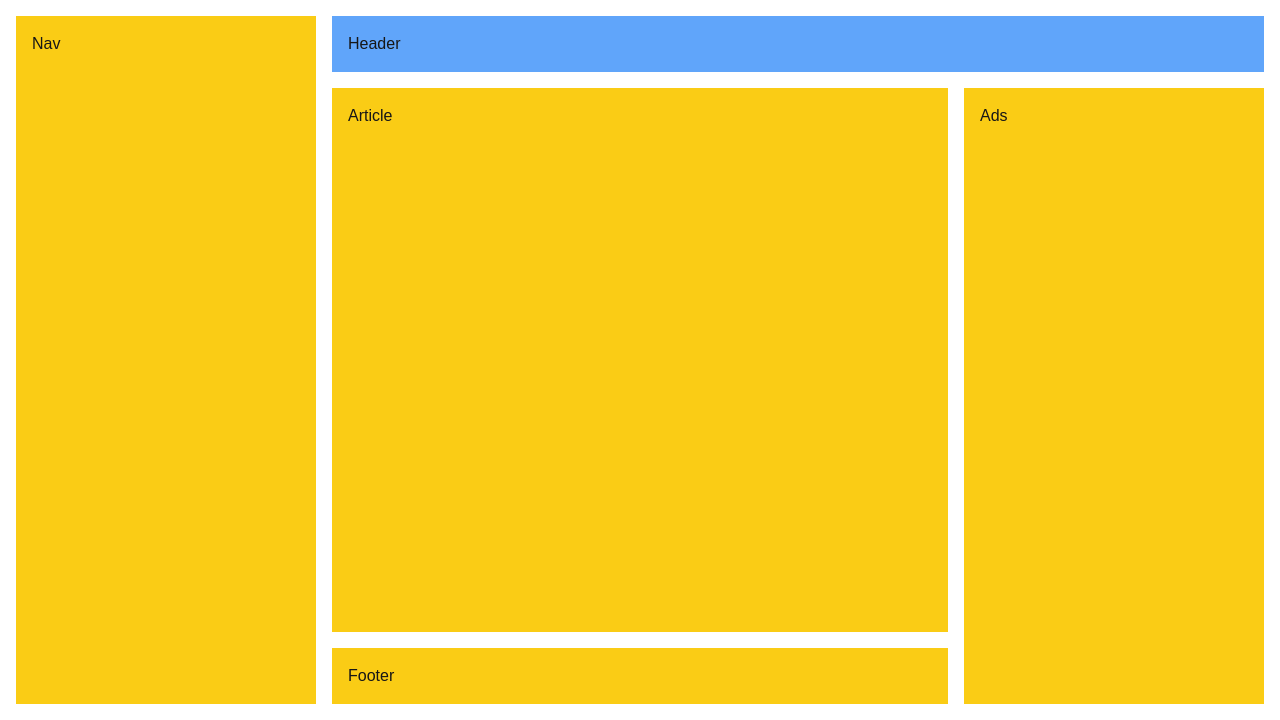
Repository: asadullah48/Understanding-Grid
Page: /
These files come from the project's save history. The page is drawn as it stood at one moment and after a run of saves; the edit follows.
The browser window is 1280 px wide. The pictures show the whole page.
The project was rebuilt for these pictures with package versions that can differ from the ones it lists, and the page was loaded fresh each time. The framework's server and built-in components were replaced by stand-ins that run in the browser. Also part of the build but not shown: next.config.ts.

Above is the page before, as saved 2025-01-22 09:45:01.

### src/app/layout.tsx
import type { Metadata } from "next";
import { Geist, Geist_Mono } from "next/font/google";
import "./globals.css";

const geistSans = Geist({
  variable: "--font-geist-sans",
  subsets: ["latin"],
});

const geistMono = Geist_Mono({
  variable: "--font-geist-mono",
  subsets: ["latin"],
});

export const metadata: Metadata = {
  title: "Understanding Grid",
  description: "Generated by create next app",
};

export default function RootLayout({
  children,
}: Readonly<{
  children: React.ReactNode;
}>) {
  return (
    <html lang="en">
      <body
        className={`${geistSans.variable} ${geistMono.variable} antialiased`}
      >
        {children}
      </body>
    </html>
  );
}

### src/app/page.tsx
export default function Layout() {
  return (
    <div className="grid grid-rows-[auto,1fr,auto] grid-cols-4 gap-4 p-4 min-h-screen">
      {/* Left Nav */}
      <nav className="bg-yellow-400 p-4 row-span-3 col-span-1">Nav</nav>

      {/* Header */}
      <header className="bg-blue-400 p-4 col-span-3">Header</header>

      {/* Main Article */}
      <main className="bg-yellow-400 p-4 col-span-2">Article</main>

      {/* Ads */}
      <aside className="bg-yellow-400 p-4 row-span-2 col-span-1">Ads</aside>

      {/* Footer */}
      <footer className="bg-yellow-400 p-4 col-span-2 col-start-2">Footer</footer>
    </div>
  );
}

Loaded but not shown: src/app/globals.css (common file); tailwind.config.ts (common file)

After the next 3 saves:
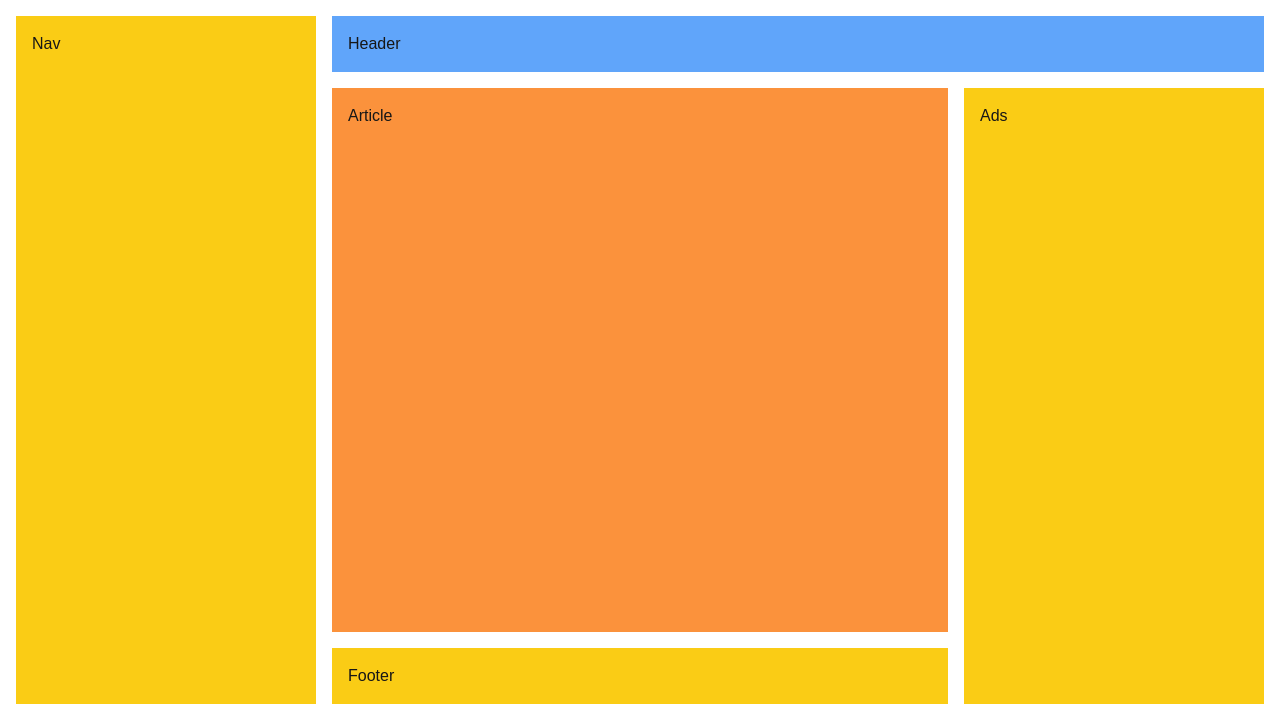
The 3 saves are shown as one change because they came seconds apart.
The last was saved 11 s later.
--- a/src/app/page.tsx
+++ b/src/app/page.tsx
@@ -8,7 +8,7 @@ export default function Layout() {
       <header className="bg-blue-400 p-4 col-span-3">Header</header>
 
       {/* Main Article */}
-      <main className="bg-yellow-400 p-4 col-span-2">Article</main>
+      <main className="bg-orange-400 p-4 col-span-2">Article</main>
 
       {/* Ads */}
       <aside className="bg-yellow-400 p-4 row-span-2 col-span-1">Ads</aside>
